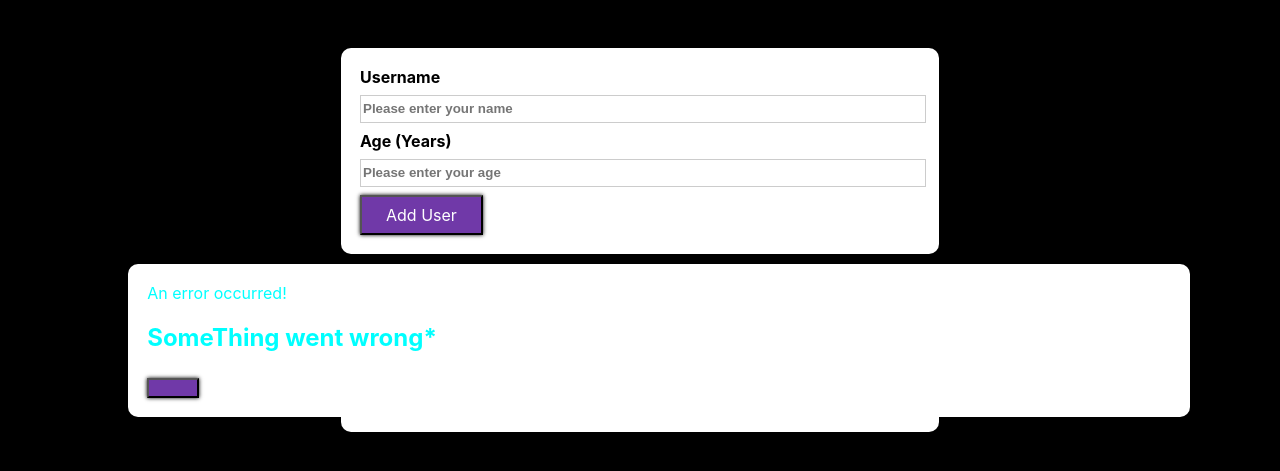
Repository: NamalPathirana/section-eight
Page: /
An editor plug-in stored every save of this project. The page is shown before and after the next save, followed by the edit.
The browser window is 1280 px wide. The pictures show the whole page.
The project was rebuilt for these pictures with package versions that can differ from the ones it lists, and the page was loaded fresh each time. Also part of the build but not shown: src/App.module.css.

Above is the page before, as saved 2021-12-04 14:09:36.

After the next save:
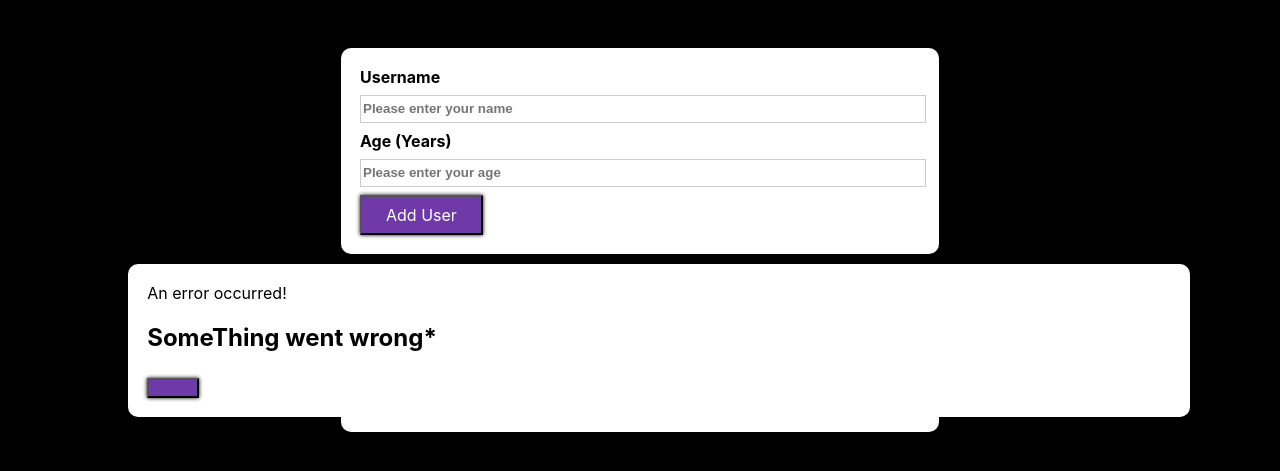
Saved 6 s later.
--- a/src/UI/ErrorModal/ErrorModal.module.css
+++ b/src/UI/ErrorModal/ErrorModal.module.css
@@ -4,6 +4,5 @@
     left: 10%;
     width: 80%;
     z-index: 100;
-    color: aqua;
     overflow: hidden;
 }
